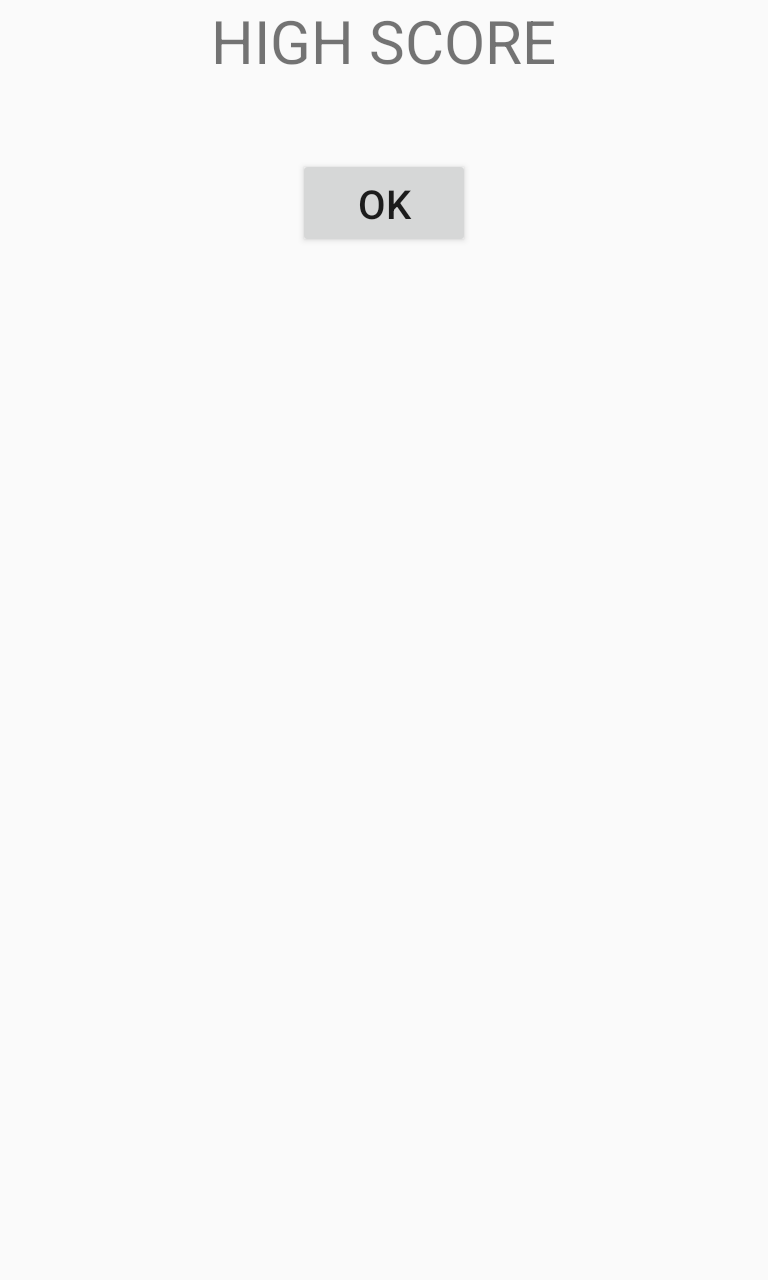
Repository: JoanneCaroll/Mathbomb
Layout: MathBomb/res/layout/activity_highscore.xml
These files come from the project's save history. The layout is drawn as it stood at one moment and after the next save; the edit follows.
It is drawn on a 768 x 1280 px phone screen (xhdpi) without system bars, with theme AppTheme; the app's code is not run.

Above is the layout before, as saved 2014-11-12 06:05:37.

### MathBomb/res/layout/activity_highscore.xml
<?xml version="1.0" encoding="utf-8"?>
<LinearLayout
    xmlns:android="http://schemas.android.com/apk/res/android"
    android:layout_width="match_parent"
    android:layout_height="match_parent"
    android:orientation="vertical">

    <TextView
        android:layout_gravity="center"
        android:id="@+id/highscoreshow"
        android:layout_width="wrap_content"
        android:layout_height="wrap_content"
        android:textSize="30dp"
        android:text="HIGH SCORE"/>

    <LinearLayout
        android:layout_width="match_parent"
        android:layout_height="wrap_content"
        android:orientation="horizontal"
        android:gravity="center">
        <TextView
            android:id="@+id/score"
            android:layout_width="wrap_content"
            android:layout_height="wrap_content"
            android:textSize="20dp"
            android:padding="5dp"/>
        <TextView
            android:id="@+id/date"
            android:layout_width="wrap_content"
            android:layout_height="wrap_content"
            android:textSize="20dp"
            android:padding="5dp"/>
   </LinearLayout>

   <Button
        android:layout_gravity="center"
       	android:id="@+id/ok_highscore"
        android:layout_width="wrap_content"
        android:layout_height="wrap_content"
        android:padding="10dp"
        android:textSize="20dp"
        android:text="OK"/>

</LinearLayout>

Loaded but not shown: MathBomb/res/values/styles.xml (common file); MathBomb/res/values-v11/styles.xml (common file); MathBomb/res/values-v14/styles.xml (common file)

After the next save:
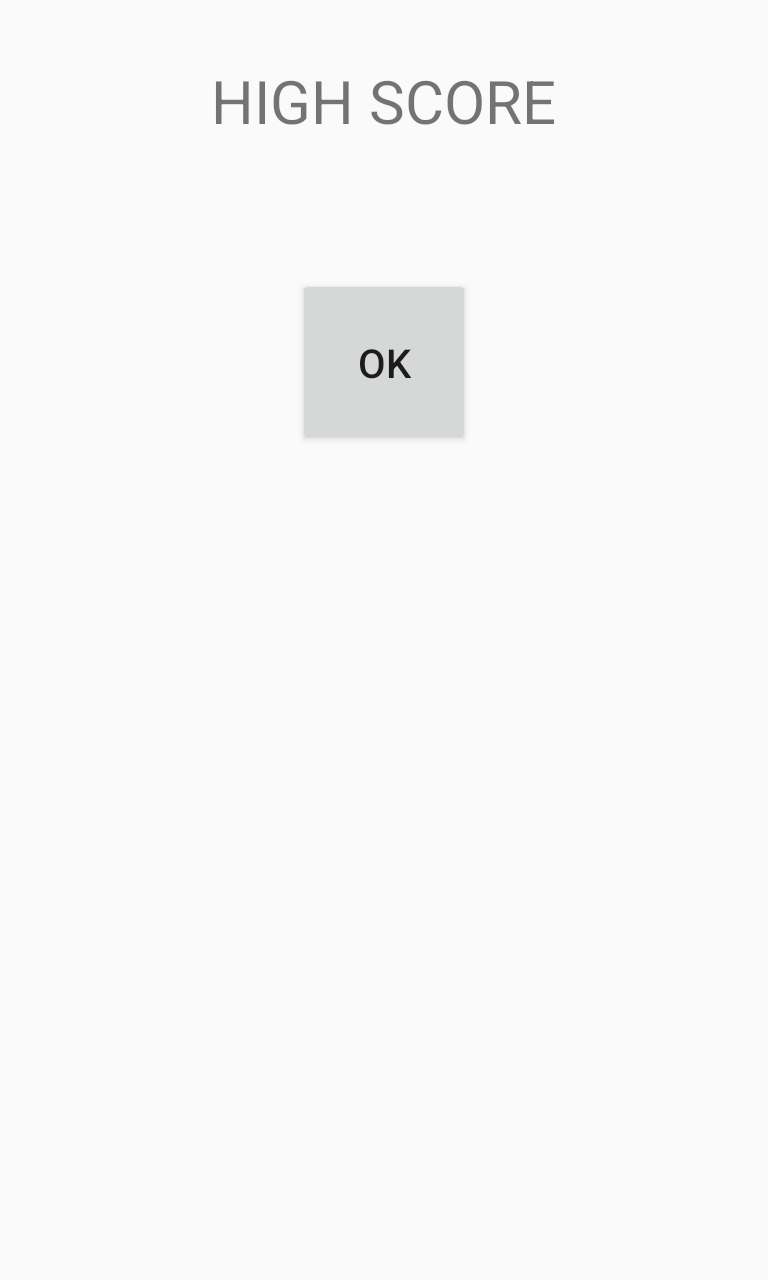
Saved 107 s later.
--- a/MathBomb/res/layout/activity_highscore.xml
+++ b/MathBomb/res/layout/activity_highscore.xml
@@ -6,6 +6,8 @@
     android:orientation="vertical">
 
     <TextView
+        android:paddingTop="30dp"
+        android:paddingBottom="30dp"
         android:layout_gravity="center"
         android:id="@+id/highscoreshow"
         android:layout_width="wrap_content"
@@ -33,11 +35,12 @@
    </LinearLayout>
 
    <Button
+        android:paddingTop="30dp"
+        android:paddingBottom="30dp"
         android:layout_gravity="center"
        	android:id="@+id/ok_highscore"
         android:layout_width="wrap_content"
         android:layout_height="wrap_content"
-        android:padding="10dp"
         android:textSize="20dp"
         android:text="OK"/>
 
